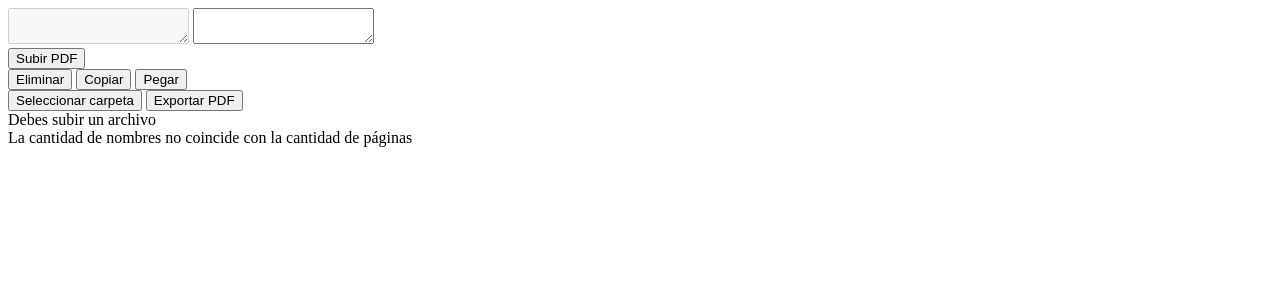
Repository: d3v0l0p3rs/pdf-spliteador
Page: src/index.html
These files come from the project's save history. The page is drawn as it stood at one moment and after the next save; the edit follows.
The browser window is 1280 px wide. The pictures show the whole page.

Above is the page before, as saved 2020-10-21 16:49:52.

### src/index.html
<!DOCTYPE html>
<html>
  <head>
    <meta charset="UTF-8">
    <title>Separador de PDFs</title>
  </head>
  <body>
    <div id="main-content">
      <div id="text-areas">
        <textarea id="number-lines" name="number-lines" disabled></textarea>
        <textarea id="name-lines" name="name-lines"></textarea>
      </div>
      <div id="actions">
        <div id="buttons">
          <button type="button" id="upload-pdf" class="action-row btn btn-primary">Subir PDF</button>
          <input type="file" id="upload-pdf-input" name="upload-pdf" accept=".pdf" class="action-row btn btn-primary" style="display:none;">
          <div id="text-actions" class="action-row btn-group" role="group">
            <button type="button" id="delete-text" class="text-action btn btn-danger">Eliminar</button>
            <button type="button" id="copy-text" class="text-action btn btn-info">Copiar</button>
            <button type="button" id="paste-text" class="text-action btn btn-warning">Pegar</button>
          </div>
          <button type="button" id="choose-folder" class="action-row btn btn-primary">Seleccionar carpeta</button>
          <button type="button" id="export-pdf" class="action-row btn btn-primary">Exportar PDF</button>
        </div>
        <div id="messages">
          <div id="upload-file-warning" class="alert alert-warning" role="alert">
            Debes subir un archivo
          </div>
          <div id="not-line-match-warning" class="alert alert-warning" role="alert">
            La cantidad de nombres no coincide con la cantidad de páginas
          </div>
        </div>
      </div>
    </div>
  </body>
</html>

After the next save:
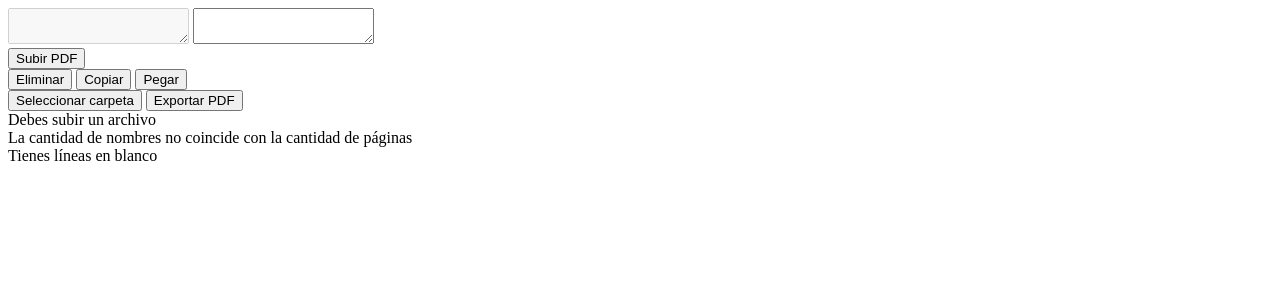
Saved 16 min 8 s later.
--- a/src/index.html
+++ b/src/index.html
@@ -29,6 +29,9 @@
           <div id="not-line-match-warning" class="alert alert-warning" role="alert">
             La cantidad de nombres no coincide con la cantidad de páginas
           </div>
+          <div id="blank-lines-warning" class="alert alert-warning" role="alert">
+            Tienes líneas en blanco
+          </div>
         </div>
       </div>
     </div>
